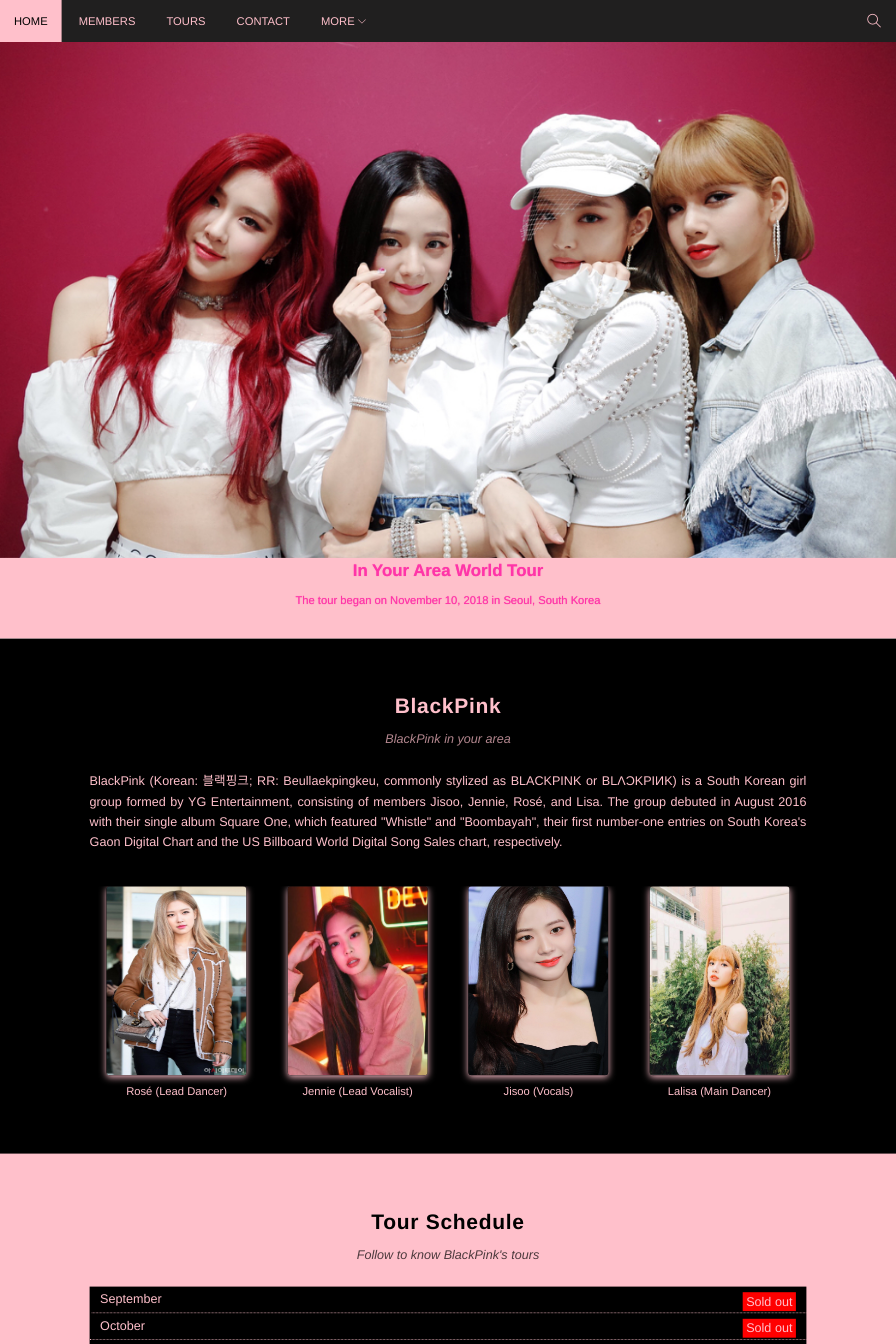
Repository: harrycricket/Blackpink_Band_Deploy
Page: index.html
These files come from the project's save history. The page is drawn as it stood at one moment and after the next save; the edit follows.
The browser window is 1280 px wide. The pictures show the part of the page from y = 0 to 1920 px (the page is 3332 px tall), at 70% of full size.

Above is the page before, as saved 2023-03-27 02:48:25.

After the next save:
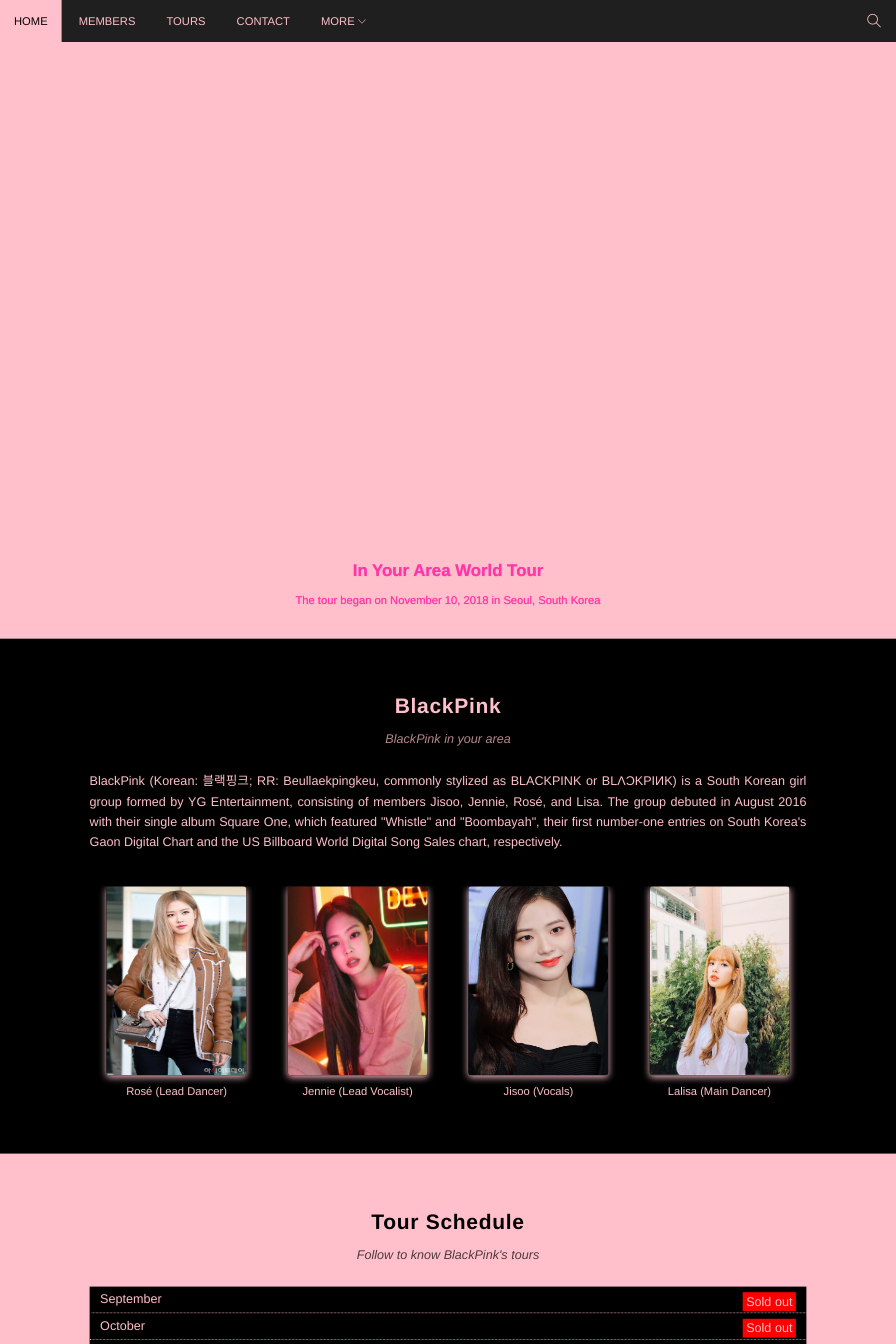
Saved 20 s later.
--- a/index.html
+++ b/index.html
@@ -48,7 +48,6 @@
 
         <div id="main__slider">
             <div class="text-content">
-                <img src="./assets/img/background.jpg" alt="background-img" class="background">
                 <h2 class=" text-heading">In Your Area World Tour</h2>
                 <div class="text-description">The tour began on November 10, 2018 in Seoul, South Korea</div>
             </div>
